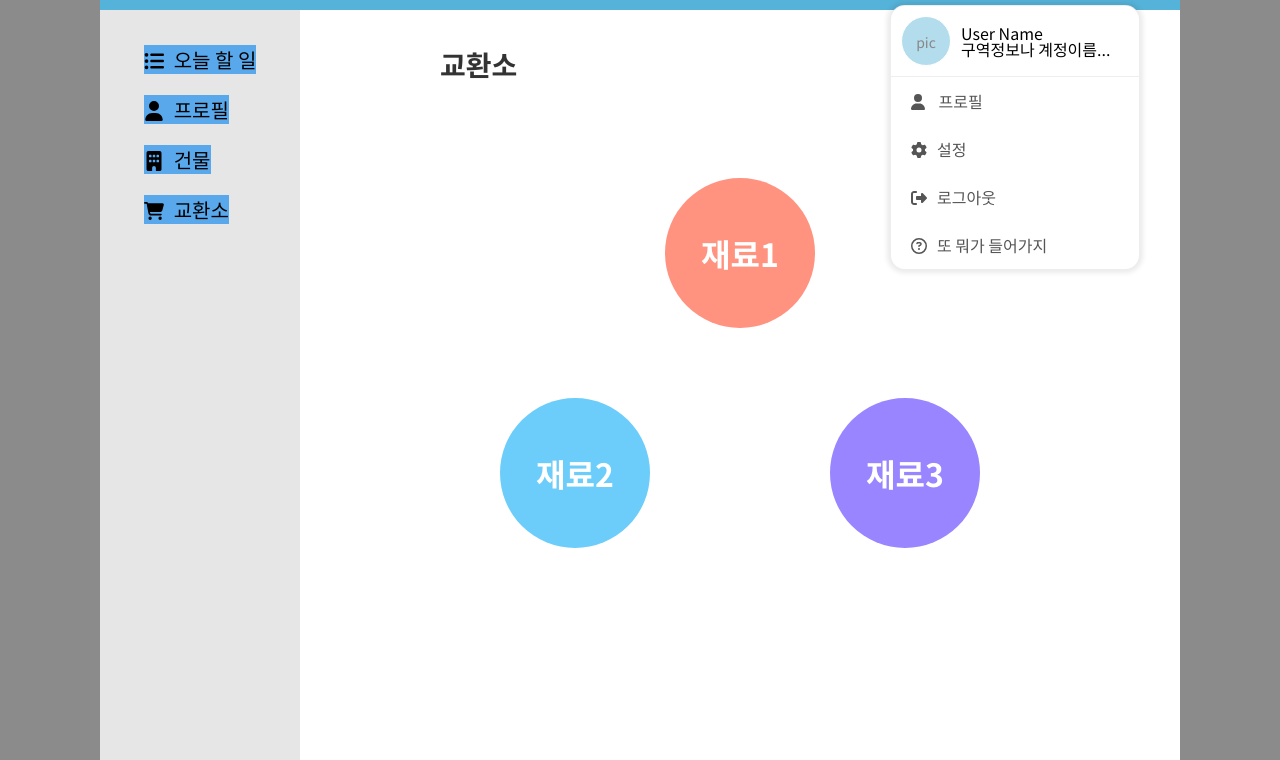
Repository: sunoo-lee/toVillage-old
Page: /#/trade
The author's editor kept a copy of each file at every save. The page is drawn from the files as they stood at one save, then again after the next save.
The browser window is 1280 px wide. The pictures show the whole page.
The project was rebuilt for these pictures with package versions that can differ from the ones it lists, and the page was loaded fresh each time. Also part of the build but not shown: src/routes/Auth.js, src/components/Todo.js, src/components/AddForm.js, src/components/Main.js, src/routes/Home.js, src/components/MyProfile.js, src/routes/Profile.js, src/components/Area.module.css and 2 more.

Above is the page before, as saved 2022-10-13 03:07:19.

### src/components/App.js
import React, { useState } from "react";
import AppRouter from "./Router";

function App() {
  const [isLoggedIn, setIsLoggedIn] = useState(true);
  const onClick = () => {
    setIsLoggedIn(!isLoggedIn);
  };
  return (
    <>
      <AppRouter onClick={onClick} isLoggedIn={isLoggedIn} />
    </>
  );
}

export default App;

### src/style.css
@import url("https://fonts.googleapis.com/css2?family=Noto+Sans+KR:wght@400;500;700&display=swap");

* {
  box-sizing: border-box;
}

html,
body {
  padding: 0;
  margin: 0;
  font-family: "Noto Sans KR", -apple-system, BlinkMacSystemFont, Segoe UI,
    Roboto, Oxygen, Ubuntu, Cantarell, Fira Sans, Droid Sans, Helvetica Neue,
    sans-serif;
}

body {
  display: flex;
  justify-content: center;
  align-items: center;
  height: 800px;
  width: 1080px;
  margin: auto;
  height: 100vh;
  background-color: #9dbac7;
  background-color: #8b8b8b;
}

.container {
  background-color: aliceblue;
  background-color: #ffffff;
  min-width: 600px;
  width: 1080px;
  height: 800px;
  padding-left: 200px;
  padding-top: 50px;
  display: flex;
  justify-content: center;
}

### src/components/Router.js
import { HashRouter as Router, Routes, Route } from "react-router-dom";
import Auth from "../routes/Auth";
import Home from "../routes/Home";
import Profile from "../routes/Profile";
import Building from "../routes/Building";
import Trade from "../routes/Trade";
import Header from "./Header";
import Navigation from "./Navigation";

const AppRouter = ({ onClick, isLoggedIn }) => {
  return (
    <Router>
      {isLoggedIn}
      <Header />
      <Navigation onClick={onClick} />
      <Routes>
        {isLoggedIn ? (
          <>
            <Route
              exact
              path="/"
              element={<Home onClick={onClick} isLoggedIn={isLoggedIn} />}
            />
            <Route path="/profile" element={<Profile />} />
            <Route path="/building" element={<Building />} />
            <Route path="/trade" element={<Trade />} />
          </>
        ) : (
          <>
            <Route exact path="/" element={<Auth />} />
          </>
        )}
      </Routes>
    </Router>
  );
};

export default AppRouter;

### src/routes/Trade.js
import React from "react";
import TradingShop from "../components/TradingShop";

const Trade = () => {
  return (
    <>
      <div className={"container"}>
        <TradingShop />
      </div>
    </>
  );
};

export default Trade;

### src/components/Header.js
import { React } from "react";
import styles from "./Header.module.css";
import { FontAwesomeIcon } from "@fortawesome/react-fontawesome";
import { faBars, faUser } from "@fortawesome/free-solid-svg-icons";
import Dropdown from "./Dropdown";
// import MiniProfile from "./MiniProfile";

const Header = () => (
  <header id={styles.header}>
    <div className={styles.container}>
      <div className={styles.header_left}>
        <button className={styles.toggle_btn}>
          <FontAwesomeIcon icon={faBars} />
        </button>
      </div>
      <div className={styles.header_center}>
        {/* {new Date().getFullYear()}/{new Date().getMonth() + 1}/
      {new Date().getDate()} */}
      </div>
      <div className={styles.header_right}>
        <button>
          <FontAwesomeIcon icon={faUser} />
        </button>
        <Dropdown />
      </div>
    </div>
  </header>
);

export default Header;

### src/components/Navigation.js
import { React } from "react";
import { Link } from "react-router-dom";
// import MiniProfile from "./MiniProfile";
import styles from "./Navigation.module.css";
import { FontAwesomeIcon } from "@fortawesome/react-fontawesome";
import {
  faUser,
  faBuilding,
  faCartShopping,
  faListUl,
} from "@fortawesome/free-solid-svg-icons";

const Navigation = () => (
  <nav id={styles.nav}>
    {/* <MiniProfile /> */}
    <div className={styles.container}>
      <ul>
        <li>
          <Link to="/">
            <FontAwesomeIcon icon={faListUl} />
            <span>오늘 할 일</span>
          </Link>
        </li>
        <li>
          <Link to="/profile">
            <FontAwesomeIcon icon={faUser} />
            <span>프로필</span>
          </Link>
        </li>
        <li>
          <Link to="/building">
            <FontAwesomeIcon icon={faBuilding} />
            <span>건물</span>
          </Link>
        </li>
        <li>
          <Link to="/trade">
            <FontAwesomeIcon icon={faCartShopping} />
            <span>교환소</span>
          </Link>
        </li>
      </ul>
      {/* <button onClick={onClick}>SIGN OUT</button> */}
    </div>
  </nav>
);

export default Navigation;

### src/components/TradingShop.js
import React from "react";
import styles from "./TradingShop.module.css";
const TradingShop = () => {
  return (
    <div className={styles.container}>
      <h1>
        <span className={styles.title}>교환소</span>
      </h1>
      <div className={styles.table}>
        <ul>
          <li>
            <div className={`${styles.materials} ${styles.material_1}`}>
              재료1
            </div>
          </li>
          <li>
            <div className={`${styles.materials} ${styles.material_2}`}>
              재료2
            </div>
          </li>
          <li>
            <div className={`${styles.materials} ${styles.material_3}`}>
              재료3
            </div>
          </li>
        </ul>
      </div>
    </div>
  );
};

export default TradingShop;

### src/components/Header.module.css
:root {
  --theme_color: #55b3d9;
}

#header {
  position: absolute;
  width: 1080px;
  z-index: 100;
}

.container {
  background-color: #bce5f5;
  background-color: var(--theme_color);
  width: 100%;
  height: 50px;
  display: flex;
  justify-content: space-between;
  align-items: center;
  padding: 0 40px;
}
.header_left .toggle_btn {
  width: 30px;
  height: 30px;
  border: none;
  outline: none;
  border-radius: 50%;
  background-color: whitesmoke;
  background-color: transparent;
  color: #ffffff;
  cursor: pointer;
  font-size: 1.3rem;
}
.header_center {
  font-weight: 700;
  font-size: 1.4em;
}

.header_right button {
  width: 30px;
  height: 30px;
  border: none;
  outline: none;
  border-radius: 50%;
  background-color: whitesmoke;
  cursor: pointer;
  text-align: center;
  color: var(--theme_color);
}

### src/components/Dropdown.js
import React from "react";
import styles from "./MyProfile.module.css";
import { FontAwesomeIcon } from "@fortawesome/react-fontawesome";
import {
  faUser,
  faGear,
  faRightFromBracket,
} from "@fortawesome/free-solid-svg-icons";
import { faCircleQuestion } from "@fortawesome/free-regular-svg-icons";

const Dropdown = () => (
  <div className={styles.card}>
    <div className={styles.userBx}>
      <div className={styles.imgbx}>pic</div>
      <div className={styles.userinfo}>
        <p>User Name</p>
        <p>구역정보나 계정이름...</p>
      </div>
    </div>
    <ul className={styles.menu}>
      <li>
        <FontAwesomeIcon icon={faUser} /> <span>프로필</span>
      </li>
      <li>
        <FontAwesomeIcon icon={faGear} />
        <span>설정</span>
      </li>
      <li>
        <FontAwesomeIcon icon={faRightFromBracket} />
        <span>로그아웃</span>
      </li>
      <li>
        <FontAwesomeIcon icon={faCircleQuestion} />
        <span>또 뭐가 들어가지</span>
      </li>
    </ul>
  </div>
);

export default Dropdown;

### src/components/Navigation.module.css
#nav {
  width: 200px;
  height: 800px;
  position: absolute;
  z-index: 50;
  padding-top: 50px;
  background-color: #e6e6e6;
  display: flex;
  align-items: center;
  flex-direction: column;
  padding: 60px 10px 10px;
}

.container {
  position: relative;
  margin-top: 10px;
  width: 100%;
  border-radius: 20px;
  padding: 20px 0;
  display: flex;
  flex-direction: column;
  align-items: center;
}
.container ul {
  text-align: left;
}
.container ul li {
  height: 50px;
}
.container ul li a {
  font-size: 20px;
  color: #696969;
  color: #000000;
  font-weight: 500;
  /* line-height: 40px; */
  text-decoration: none;
  background-color: #58a8eb;
}
.container ul li:hover {
}
.container ul li a svg {
  width: 20px;
  margin-right: 10px;
}

.container button {
  position: absolute;
  bottom: 20px;
  padding: 7px 10px;
  border-radius: 5px;
  border: none;
  outline: none;
  font-size: 1em;
  font-weight: 700;
  background-color: #58a8eb;
  color: #ffffff;
  cursor: pointer;
}

### src/components/Main.module.css
:root {
  --theme_color: #55b3d9;
}

.container {
  margin-top: 40px;
  width: 600px;
}

.container h1 {
  margin-bottom: 20px;
}

.title {
  font-size: 28px;
  font-weight: 700;
  color: #333333;
}

.list {
  width: 600px;
  /* margin: 20px 0; */
}

.list .item {
  background-color: #ffffff;
  padding: 5px 0;
  line-height: 28px;
  display: flex;
  align-items: center;
  justify-content: space-between;
  border-bottom: 1px solid #c7c7c7;
}

.list .item:first-child {
  border-top: 1px solid #c7c7c7;
}

.list .item input[type="checkbox"] {
  width: 20px;
  height: 20px;
  border-radius: 50px;
  border: 1px solid #999999;
  appearance: none;
  margin-right: 10px;
}

.list .item input[type="checkbox"]:checked {
  background: var(--theme_color);
  border: none;
}
.list .item div {
  margin: auto 0;
  display: flex;
}
.list .item div button {
  border-radius: 50%;
  border: none;
  margin: auto 3px;
  height: 24px;
  width: 24px;
  box-shadow: 0 0 3px 0 #00000088;
  background-color: #ffffff;
  color: #333333;
}

.add_form {
  position: relative;
}

.add_form .list_input {
  margin: 5px 0;
  width: 600px;
  font-size: 16px;
  padding: 7px 15px;
  border: 1px solid #c7c7c7;
  border-radius: 5px;
}

.add_form .list_input:focus {
  outline: none;
  border: 1px solid var(--theme_color);
}

.add_form .add_btn {
  display: block;
  position: absolute;
  right: 0;
  font-size: 14px;
  background-color: var(--theme_color);
  border: 1px solid var(--theme_color);
  /* border: none; */
  border-radius: 5px;
  padding: 5px 10px;
  color: #ffffff;
  font-weight: 700;
  cursor: pointer;
}

### src/components/MyProfile.module.css
:root {
  --border_option: 1px solid #666666;
  /* --border_option: none; */
  --shadow_option: 0 0 5px 1px #00000088;
  --theme_color: #55b3d9;
}
.container {
  display: flex;
  flex-direction: column;
  justify-content: flex-start;
  align-items: center;
  padding: 60px;
}

.pic {
  width: 200px;
  height: 200px;
  background-color: #ffffff;
  border-radius: 50%;
  box-shadow: 0 15px 50px #00000041;
  line-height: 200px;
  text-align: center;
  font-size: 20px;
  color: #888888;
  font-weight: 700;
  margin-bottom: 30px;
}
.nickname {
  color: #666666;
  font-size: 36px;
  font-weight: 700;
  margin-bottom: 20px;
}
.area {
  font-size: 26px;
  font-weight: 700;
  color: #888888;
}
.materials {
  display: flex;
  margin: 40px 0;
}
.materials li {
  margin: 0 10px;
}
.materials div {
  width: 80px;
  height: 80px;
  background-color: #ffffff;
  border-radius: 50%;
  line-height: 80px;
  text-align: center;
  margin-bottom: 10px;
  color: #666666;
  border-radius: 50%;
  background-color: #55b4d975;
  font-size: 1.2em;
  color: #999999;
}
.materials span {
  display: block;
  width: 80px;
  text-align: center;
  font-size: 1.6em;
  color: #555555;
  line-height: 1.2em;
  font-weight: 600;
}
.box_btn {
  border-radius: 5px;
  padding: 16px 20px;
  border: none;
  outline: none;
  font-size: 1.4em;
  font-weight: 700;
  background-color: var(--theme_color);
  color: #ffffff;
  cursor: pointer;
}

/* ----------------------mini profile-------------------------- */

.card {
  position: absolute;
  width: 250px;
  height: 265px;
  background-color: #ffffff;
  border-radius: 15px;
  box-shadow: 0 0 5px 3px #00000015;
  border: 1px solid #00000011;
  overflow: hidden;
  right: 40px;
  top: 45px;
}
.userBx {
  position: relative;
  display: flex;
  align-items: center;
  padding: 10px;
}

.imgbx {
  border: 1px solid #ffffff;
  position: relative;
  width: 50px;
  height: 50px;
  background-color: #b3dcec;
  border-radius: 50%;
  font-size: 14px;
  text-align: center;
  color: #888888;
  line-height: 50px;
  margin-right: 10px;
}

.menu {
  position: absolute;
  width: 100%;
  height: auto;
  border-top: 1px solid #00000011;
}
.menu li {
  padding: 0 20px;
  color: #555555;
  cursor: pointer;
}
.menu li:hover {
  background-color: #c9dee6;
}
.menu li span {
  display: inline-block;
  margin: 16px 10px;
}

### src/components/TradingShop.module.css
.container {
  margin-top: 40px;
  width: 600px;
}

.container h1 {
  margin-bottom: 20px;
}

.container h1 .title {
  position: relative;
  font-size: 28px;
  font-weight: 700;
  color: #333333;
}

.container .table ul li {
  position: relative;
}

.container .table .materials {
  width: 150px;
  height: 150px;
  color: #333333;
  font-size: 32px;
  font-weight: 700;
  color: #ffffff;
  border: none;
  border-radius: 50%;
  text-align: center;
  line-height: 150px;
  position: absolute;
}

.container .table .material_1 {
  background-color: #ff9380;
  left: 50%;
  top: 80px;
  transform: translateX(-50%);
}
.container .table .material_2 {
  background-color: #6ccdfa;
  top: 300px;
  left: 10%;
}
.container .table .material_3 {
  background-color: #9885ff;
  top: 300px;
  right: 10%;
}

Loaded but not shown: public/index.html (common file); src/index.js (common file); src/reset.css (common file)

After the next save:
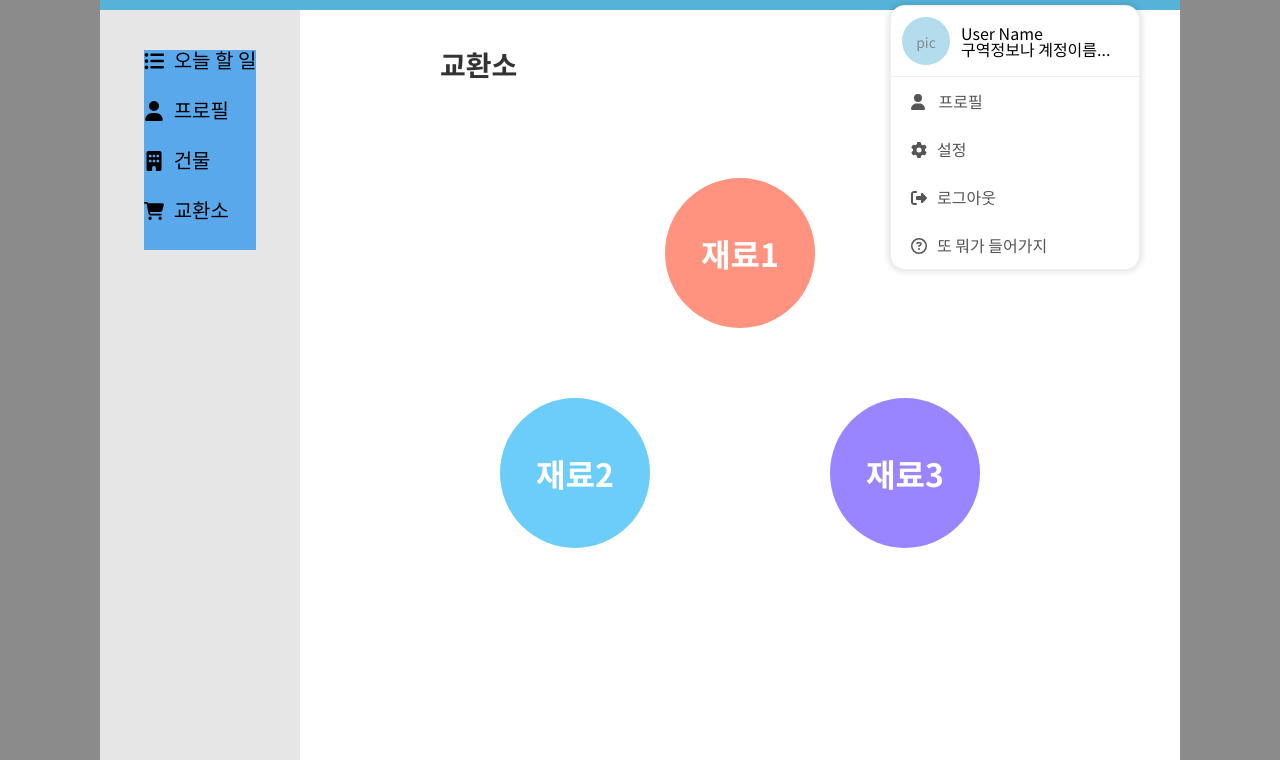
Saved 12 s later.
--- a/src/components/Navigation.module.css
+++ b/src/components/Navigation.module.css
@@ -26,15 +26,15 @@
 }
 .container ul li {
   height: 50px;
+  background-color: #58a8eb;
 }
 .container ul li a {
   font-size: 20px;
   color: #696969;
   color: #000000;
   font-weight: 500;
+  text-decoration: none;
   /* line-height: 40px; */
-  text-decoration: none;
-  background-color: #58a8eb;
 }
 .container ul li:hover {
 }
